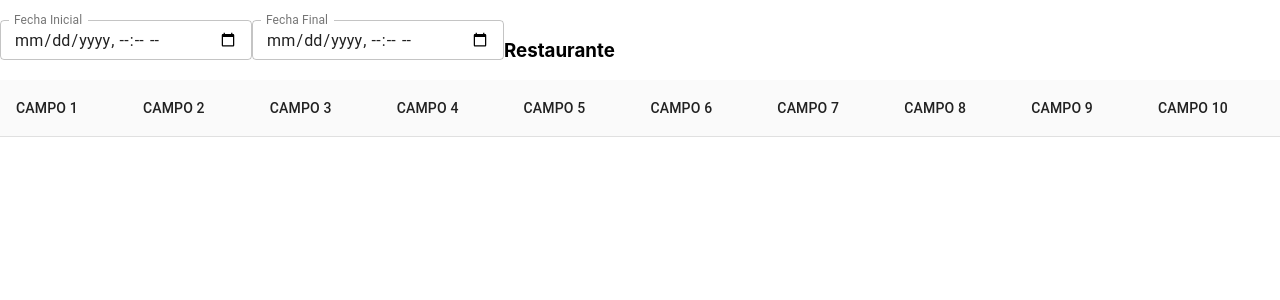
Repository: rafaelpc13/FRONT_RFNEW
Page: /
These files come from the project's save history. The page is drawn as it stood at one moment and after the next save; the edit follows.
The browser window is 1280 px wide. The pictures show the whole page.
The project was rebuilt for these pictures with package versions that can differ from the ones it lists, and the page was loaded fresh each time. Also part of the build but not shown: src/App.css.

Above is the page before, as saved 2022-10-29 11:29:00.

### public/index.html
<!DOCTYPE html>
<html lang="en">
  <head>
    <meta charset="utf-8" />
    <link rel="icon" href="%PUBLIC_URL%/favicon.ico" />
    <meta name="viewport" content="width=device-width, initial-scale=1" />
    <meta name="theme-color" content="#000000" />
    <meta
      name="description"
      content="Web site created using create-react-app"
    />
    <link rel="apple-touch-icon" href="%PUBLIC_URL%/logo192.png" />
    <!--
      manifest.json provides metadata used when your web app is installed on a
      user's mobile device or desktop. See https://developers.google.com/web/fundamentals/web-app-manifest/
    -->
    <link rel="manifest" href="%PUBLIC_URL%/manifest.json" />
    <!--
      Notice the use of %PUBLIC_URL% in the tags above.
      It will be replaced with the URL of the `public` folder during the build.
      Only files inside the `public` folder can be referenced from the HTML.

      Unlike "/favicon.ico" or "favicon.ico", "%PUBLIC_URL%/favicon.ico" will
      work correctly both with client-side routing and a non-root public URL.
      Learn how to configure a non-root public URL by running `npm run build`.
    -->
    <title>RIFAS</title>
  </head>
  <body>
    <noscript>You need to enable JavaScript to run this app.</noscript>
    <div id="root"  ></div>
    <!--
      This HTML file is a template.
      If you open it directly in the browser, you will see an empty page.

      You can add webfonts, meta tags, or analytics to this file.
      The build step will place the bundled scripts into the <body> tag.

      To begin the development, run `npm start` or `yarn start`.
      To create a production bundle, use `npm run build` or `yarn build`.
    -->
  </body>
</html>

### src/index.js
import React from 'react';
import ReactDOM from 'react-dom/client';
import './index.css';
import App from './App';
import reportWebVitals from './reportWebVitals';

const root = ReactDOM.createRoot(document.getElementById('root'));
root.render(

    <App  />

);

// If you want to start measuring performance in your app, pass a function
// to log results (for example: reportWebVitals(console.log))
// or send to an analytics endpoint. Learn more: https://bit.ly/CRA-vitals
reportWebVitals();

### src/App.js
import logo from './logo.svg';
import './App.css';
import { TableContainer, Table, TableBody, TableRow, TableCell, TableHead } from '@material-ui/core'
import { Input, TextField } from '@material-ui/core'
function App() {
  return (
    <div className="App">
      <div style={{ display: 'flex', marginTop: '20px' }}>
        <TextField
          type="datetime-local"
          label="Fecha Inicial"
          variant="outlined"
          size="small"
          InputLabelProps={{
            shrink: true
          }}
        />

        <TextField
          type="datetime-local"
          label="Fecha Final"
          variant="outlined"
          size="small"
          InputLabelProps={{
            shrink: true
          }}
        />

        <h3>Restaurante</h3>

      </div>
      <TableContainer>
        <Table className="min-w-xl" stickyHeader aria-label="sticky table" aria-labelledby="tableTitle">
          <TableHead>
            <TableRow className="h-48 sm:h-64">
              <TableCell>CAMPO 1</TableCell>
              <TableCell>CAMPO 2</TableCell>
              <TableCell>CAMPO 3</TableCell>
              <TableCell>CAMPO 4</TableCell>
              <TableCell>CAMPO 5</TableCell>
              <TableCell>CAMPO 6</TableCell>
              <TableCell>CAMPO 7</TableCell>
              <TableCell>CAMPO 8</TableCell>
              <TableCell>CAMPO 9</TableCell>
              <TableCell>CAMPO 10</TableCell>
            </TableRow>
          </TableHead>
        </Table>
      </TableContainer>
    </div>
  );
}

export default App;

Loaded but not shown: src/index.css (common file); src/reportWebVitals.js (common file); src/App.css (no copy from this time; the picture is the same without it)

After the next save:
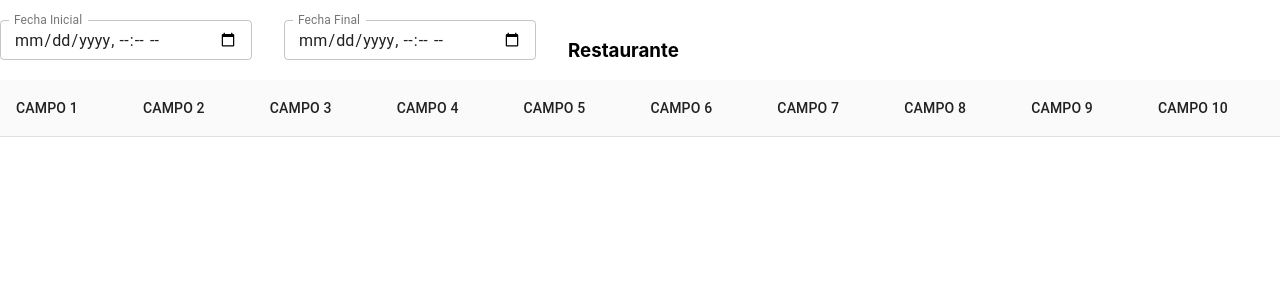
Saved 39 s later.
--- a/src/App.js
+++ b/src/App.js
@@ -5,7 +5,7 @@
 function App() {
   return (
     <div className="App">
-      <div style={{ display: 'flex', marginTop: '20px' }}>
+      <div style={{ display: 'flex', marginTop: '20px',gap:'2rem' }}>
         <TextField
           type="datetime-local"
           label="Fecha Inicial"
